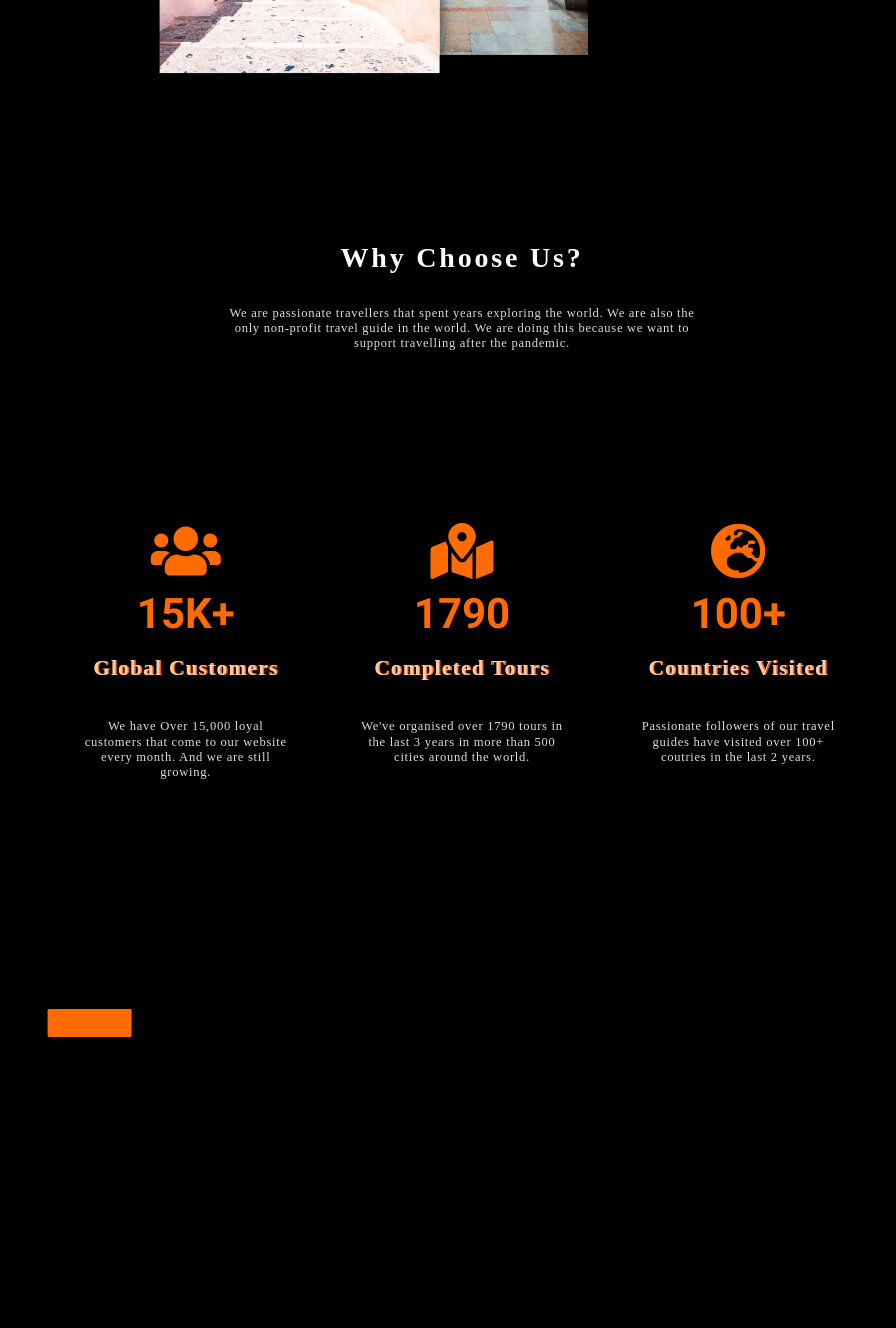
Repository: Hunga9k50doker/wildver-travel
Page: src/index.html
An editor plug-in stored every save of this project. The page is shown before and after the next save, followed by the edit.
The browser window is 1280 px wide. The pictures show the part of the page from y = 4289 to 6209 px (the page is 6186 px tall before and 6209 px after), at 70% of full size.
Some web fonts or font styles are not loaded; a fallback is used. The style sheet was rebuilt from its Sass, Less or Tailwind sources for each picture, by a compiler version that may differ from the author's.

Above is the page before, as saved 2021-08-27 21:30:45.

### src/index.html
<!DOCTYPE html>
<html lang="en">
<head>
    <meta charset="UTF-8">
    <meta http-equiv="X-UA-Compatible" content="IE=edge">
    <meta name="viewport" content="width=device-width, initial-scale=1.0">
    <link href="https://fonts.googleapis.com/css2?family=Hina+Mincho&family=Roboto:wght@400;700&display=swap" rel="stylesheet">
    <link rel="stylesheet" href="public/css/normalize.min.css">
    <link rel="stylesheet" href="public/css/grid.css">
    <link rel="stylesheet" href="public/css/base.css">
    <link rel="stylesheet" href="public/css/header.css">
    <link rel="stylesheet" href="public/css/container.css">
    <link rel="stylesheet" href="public/vendor/fontawesome-free-5.15.3-web/css/all.min.css">
    <title>Document</title>
</head>
<body>
    <div class="app">
        <section class="header">
            <section class="header_nav">
                <h1 class="header_nav-home">WildVers</h1>
                <div class="header_nav-body">
                    <a href="/" class="header_nav-body-item">Equipment</a>
                    <a href="/" class="header_nav-body-item">About us</a>
                    <a href="/" class="header_nav-body-item">Blog</a>
                    <button class="header_nav-body-res">Sign Up</button>
                </div>
            </section>
            <section class="header_contain">
                <div class="header_contain-follow">
                    <p>Follow us</p>
                   <a href="/">
                       <i class="fab fa-instagram"></i>
                   </a>
                   <a href="/">
                       <i class="fab fa-twitter-square"></i>
                   </a>
                </div>
                <div class="header_contain-content">
                    <h3 class="header_contain-content-title">A travel guide</h3>
                    <h2>Prepare For The</h2>
                    <h2> Adventure!</h2>
                    <button class="btn">Let's Go</button>
                </div>
            </section>
        </section>
        <section class="container">
            <section class="grid wide">
                <ul class="container_list">

                    <li class="container_list-item">
                        <section class="row ">
                            <section  class="col l-7">
                                <div class="container_list-item-number">01</div>
                                <div class="container_list-item-content">
                                        <h3>Get started</h3>
                                        <h4 class="container_list-item-content-title" >What type of traveller are you?</h4>
                                        <p>Determining what type of traveller you are can be an important tool
                                            when planning future vacations. This guide will help you plan
                                            vacations according to different ratings set by various websites. What
                                            type of traveller are you - novice, moderate, advanced moderate,
                                            expert, or expert backpacker?
                                        </p>
                                        <a href="/">
                                            Read more
                                            <i class="fas fa-long-arrow-alt-right"></i>
                                        </a>
                                </div>
                            </section>
                            <section class="col l-5">
                                <div class="container_list-item-img">
                                    <picture >
                                        <source srcset="public/img/m3.jpg"
                                                media="(min-width: 800px)">
                                        <img src="public/img/m1.jpg" alt="" />
                                    </picture>
                                </div>
                            </section>
                        </section>
                    </li>

                    <li class="container_list-item">
                        <section class="row ">
                            <section class="col l-5">
                                <div class="container_list-item-img">
                                    <picture >
                                        <source srcset="public/img/m4.jpg"
                                                media="(min-width: 800px)">
                                        <img src="public/img/m1.jpg" alt="" />
                                    </picture>
                                </div>
                            </section>
                            <section  class="col l-7">
                                <div class="container_list-item-number">02</div>
                                <div class="container_list-item-content">
                                        <h3>WHERE YOU GO IS THE KEY</h3>
                                        <h4 class="container_list-item-content-title">Picking the right Destination!</h4>
                                        <p>You've made the decision you want to travel more this year. You've
                                            realised experiences are more important than possessions and you've
                                            put together a plan to start saving for your next big trip.
                                            But how are you going to decide where to actually go? Whichever
                                            situation you're in, we have a tips to help you choose your travel
                                            destinations.
                                        </p>
                                        <a href="/">
                                            Read more
                                            <i class="fas fa-long-arrow-alt-right"></i>
                                        </a>
                                </div>
                            </section>
                        </section>
                    </li>

                    <li class="container_list-item">
                        <section class="row ">
                            <section  class="col l-7">
                                <div class="container_list-item-number">03</div>
                                <div class="container_list-item-content">
                                        <h3>KNOW THE COUNTRY</h3>
                                        <h4 class="container_list-item-content-title">Understand the Locals and their Traditions</h4>
                                        <p>Before you head out, do your research on the different customs (the
                                            do's and don'ts) of the country you're traveling to. For instance, what
                                            percentage do they typically tip? Are there different laws? Are there
                                            common tourist scanms? Will there be any cultural events while you're
                                            there? There are a lot of things you might not even think of, but it's
                                            simple enough to research "do's and don'ts" infographics on different
                                            countries for that information.
                                        </p>
                                        <a href="/">
                                            Read more
                                            <i class="fas fa-long-arrow-alt-right"></i>
                                        </a>
                                </div>
                            </section>
                            <section class="col l-5">
                                <div class="container_list-item-img">
                                    <picture >
                                        <source srcset="public/img/m5.jpg"
                                                media="(min-width: 800px)">
                                        <img src="public/img/m1.jpg" alt="" />
                                    </picture>
                                </div>
                            </section>
                        </section>
                    </li>

                    <li class="container_list-item">
                        <section class="row ">
                            <section  class="col l-6">
                                    <div class="container_list-item-content">
                                        <h4 class="container_list-item-content-title">Let's Explore The World</h4>
                                        <button class="btn btn-primary">Explore</button>
                                    </div>
                                </section>
                                <section class="col l-6">
                                        <p class="container_list-item-text">There's a whole wide world out there, and it contains so many
                                            unknowns - but we all only get one life. At WildVers, we believe that we
                                            should travel the world while we have the chance.
                                            If you're just starting to think about why you should travel, or you're
                                            looking for travel inspiration, then we're here to help. Here are some of
                                            the best countries you should definitely visit.
                                        </p>
                                </section>
                        </section>
                    </li>

                    <li class="container_list-item">
                        <section class="row ">
                                <section class="container_list-item-img container_list-item-img-slider">

                                       <picture class="container_list-item-img-slider-single">
                                           <source srcset="public/img/canada.jpg"
                                           media="(min-width: 800px)">
                                           <img src="public/img/m1.jpg" alt="" />
                                        </picture>

                                       <picture class="container_list-item-img-slider-single">
                                           <source srcset="public/img/china.jpg"
                                           media="(min-width: 800px)">
                                           <img src="public/img/m1.jpg" alt="" />
                                        </picture>

                                       <picture class="container_list-item-img-slider-single active">
                                           <source srcset="public/img/greece.jpg"
                                           media="(min-width: 800px)">
                                           <img src="public/img/m1.jpg" alt="" />
                                        </picture>

                                       <picture class="container_list-item-img-slider-single">
                                           <source srcset="public/img/italy.jpg"
                                           media="(min-width: 800px)">
                                           <img src="public/img/m1.jpg" alt="" />
                                        </picture>

                                       <picture class="container_list-item-img-slider-single">
                                           <source srcset="public/img/hanquoc.jpg"
                                           media="(min-width: 800px)">
                                           <img src="public/img/m1.jpg" alt="" />
                                        </picture>

                                        <picture class="container_list-item-img-slider-single">
                                            <source srcset="public/img/norway.jpg"
                                            media="(min-width: 800px)">
                                            <img src="public/img/m1.jpg" alt="" />
                                         </picture>

                                        <picture class="container_list-item-img-slider-single">
                                            <source srcset="public/img/soufthafica.jpg"
                                            media="(min-width: 800px)">
                                            <img src="public/img/m1.jpg" alt="" />
                                         </picture>

                                        <picture class="container_list-item-img-slider-single">
                                            <source srcset="public/img/thailand.jpg"
                                            media="(min-width: 800px)">
                                            <img src="public/img/m1.jpg" alt="" />
                                         </picture>

                            </section>
                        </section>
                    </li>

                    <li class="container_list-item">
                        <section class="row">
                            <section class="col l-12">
                                <div class="container_list-item-content container_list-item-content-reason">
                                    <h4 style="margin:0;max-width: 100%;" class="container_list-item-content-title">
                                        Why Choose Us?
                                    </h4>
                                    <p>
                                        We are passionate travellers that spent years exploring the world. We are also the only
                                        non-profit travel guide in the world. We are doing this because we want to support travelling
                                        after the pandemic.
                                    </p>
                                </div>
                            </section>

                        </section>
                    </li>

                    <li class="container_list-item">
                        <div class="row">
                          <div class="col l-4">
                              <div class="container_list-item-achievements">
                                  <i class="fas fa-users"></i>
                                  <h3>15K+</h3>
                                  <h4>Global Customers</h4>
                                  <p>We have Over 15,000 loyal customers
                                        that come to our website every month.
                                        And we are still growing.
                                  </p>
                              </div>
                          </div>
                          <div class="col l-4">
                            <div class="container_list-item-achievements">
                                <i class="fas fa-map-marked-alt"></i>
                                <h3>1790</h3>
                                <h4>Completed Tours</h4>
                                <p>We've organised over 1790 tours in the
                                    last 3 years in more than 500 cities
                                    around the world.
                                </p>
                            </div>
                        </div>
                        <div class="col l-4">
                            <div class="container_list-item-achievements">
                                <i class="fas fa-globe-europe"></i>
                                <h3>100+</h3>
                                <h4>Countries Visited</h4>
                                <p>Passionate followers of our travel guides
                                    have visited over 100+ coutries in the
                                    last 2 years.
                                </p>
                            </div>
                        </div>

                        </div>
                    </li>
                    <li class="container_list-item">
                        <div class="row">
                            <div class="container_list-item-visit-tours">
                                <h4>For Travel Experience Book Online Today
                                </h4>
                                <p>We offer over 700 different tours around the world. Just pick the place, time and
                                    the tour is yours. Nothing close to your city'? Than contact us so we can organise a
                                    tour in your neighbourhood.
                                </p>
                                <button class="btn btn-primary"></button>
                            </div>
                        </div>
                    </li>
                    <li class="container_list-item">
                        <div class="row"></div>
                    </li>
                </ul>
            </section>
        </section>
    </div>
</body>
</html>

### src/public/css/normalize.min.css
html{line-height:1.15;-webkit-text-size-adjust:100%}body{margin:0}main{display:block}h1{font-size:2em;margin:.67em 0}hr{box-sizing:content-box;height:0;overflow:visible}pre{font-family:monospace,monospace;font-size:1em}a{background-color:transparent}abbr[title]{border-bottom:none;text-decoration:underline;text-decoration:underline dotted}b,strong{font-weight:bolder}code,kbd,samp{font-family:monospace,monospace;font-size:1em}small{font-size:80%}sub,sup{font-size:75%;line-height:0;position:relative;vertical-align:baseline}sub{bottom:-.25em}sup{top:-.5em}img{border-style:none}button,input,optgroup,select,textarea{font-family:inherit;font-size:100%;line-height:1.15;margin:0}button,input{overflow:visible}button,select{text-transform:none}[type=button],[type=reset],[type=submit],button{-webkit-appearance:button}[type=button]::-moz-focus-inner,[type=reset]::-moz-focus-inner,[type=submit]::-moz-focus-inner,button::-moz-focus-inner{border-style:none;padding:0}[type=button]:-moz-focusring,[type=reset]:-moz-focusring,[type=submit]:-moz-focusring,button:-moz-focusring{outline:1px dotted ButtonText}fieldset{padding:.35em .75em .625em}legend{box-sizing:border-box;color:inherit;display:table;max-width:100%;padding:0;white-space:normal}progress{vertical-align:baseline}textarea{overflow:auto}[type=checkbox],[type=radio]{box-sizing:border-box;padding:0}[type=number]::-webkit-inner-spin-button,[type=number]::-webkit-outer-spin-button{height:auto}[type=search]{-webkit-appearance:textfield;outline-offset:-2px}[type=search]::-webkit-search-decoration{-webkit-appearance:none}::-webkit-file-upload-button{-webkit-appearance:button;font:inherit}details{display:block}summary{display:list-item}template{display:none}[hidden]{display:none}
/*# sourceMappingURL=normalize.min.css.map */

### src/resources/scss/base.scss
@import "variables";

*{
    font-size: 62.5%;
    box-sizing: inherit;
}
html{
    margin: 0;
    padding: 0;
    line-height: 1.6rem;
    box-sizing: border-box;
    font-family: 'Roboto', sans-serif;
}
h1,h2,h4,p{
    font-family: 'Hina Mincho', serif;
}

a{
    color: $white-color;
    text-decoration: none;
}

source,img{
    background-size: cover;
    width: 100%;
    height: 52rem;
}

.btn{
    padding:2rem 6rem;
    font-family: 'Besley', serif;
    font-weight: 500;
    font-size: 2rem;
    background: $orange-color;
    color:$white-color;
    border: none;
    border-radius: 2px;
    box-shadow: 0 4px 5px 1px rgba(0,0,0,0.5);
    cursor: pointer;
    transform:translateY(0) scale(1);
    transition: transform 0.3s;
    &:hover{
         box-shadow: 0 0  1px rgba(255,255,255,0.5);
         transform:translateY(4px) scale(0.9);
         transition: transform 0.3s;
    }
 }

 .btn-primary{
     margin-top: 5rem;
 }

### src/resources/scss/_variables.scss
$orange-color: #ff6b00;
$white-color: #fff;
$text-color: #e2ddd6;
$waxen-color: #f9caa9;
$black-color: #030101;

Loaded but not shown: src/public/vendor/fontawesome-free-5.15.3-web/css/all.min.css (library); src/public/css/grid.css (594 lines, source omitted); src/resources/scss/container.scss (206 lines, source omitted); src/resources/scss/header.scss (154 lines, source omitted)

After the next save:
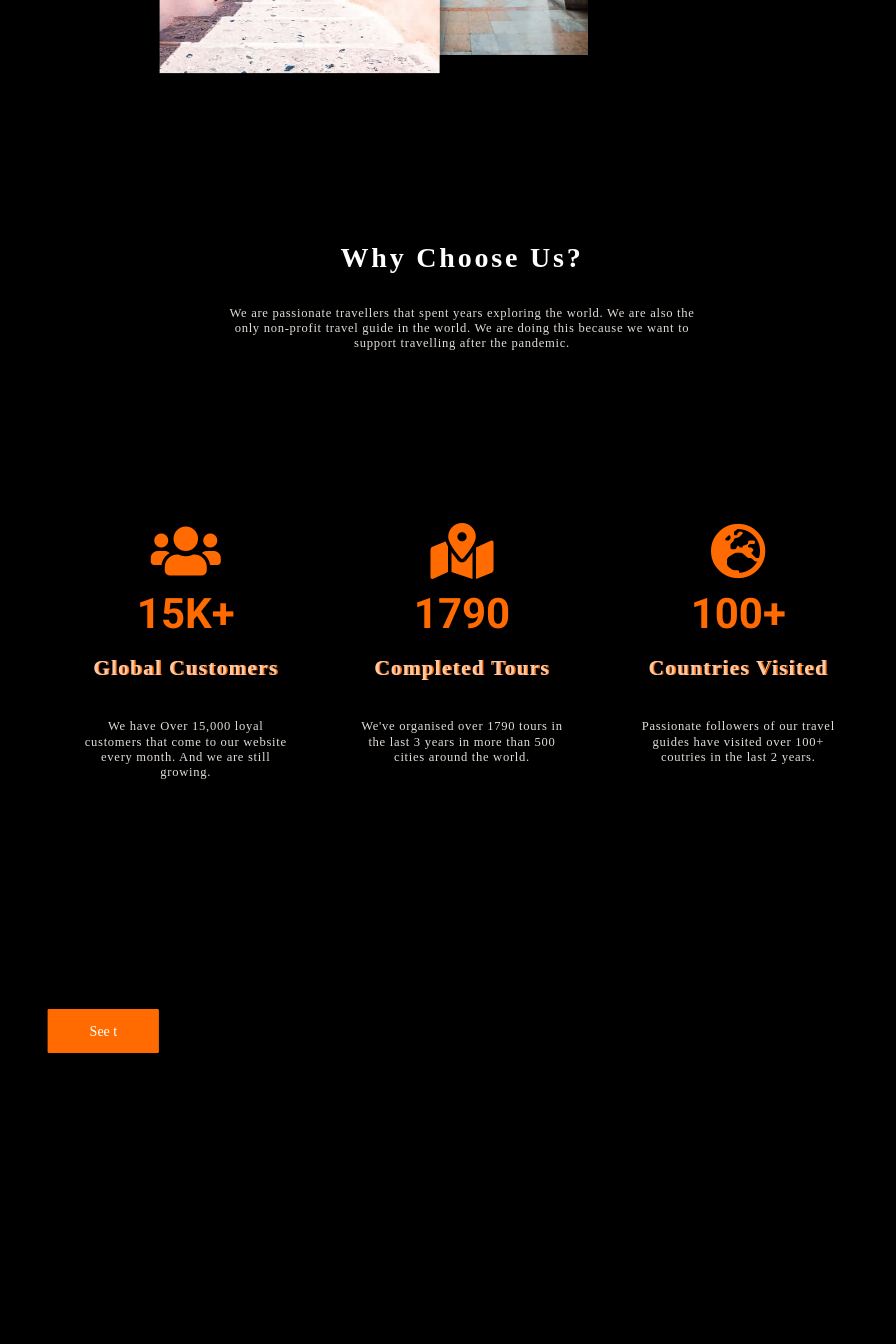
Saved 5 s later.
--- a/src/index.html
+++ b/src/index.html
@@ -284,7 +284,7 @@
                                     the tour is yours. Nothing close to your city'? Than contact us so we can organise a
                                     tour in your neighbourhood.
                                 </p>
-                                <button class="btn btn-primary"></button>
+                                <button class="btn btn-primary">See t</button>
                             </div>
                         </div>
                     </li>
